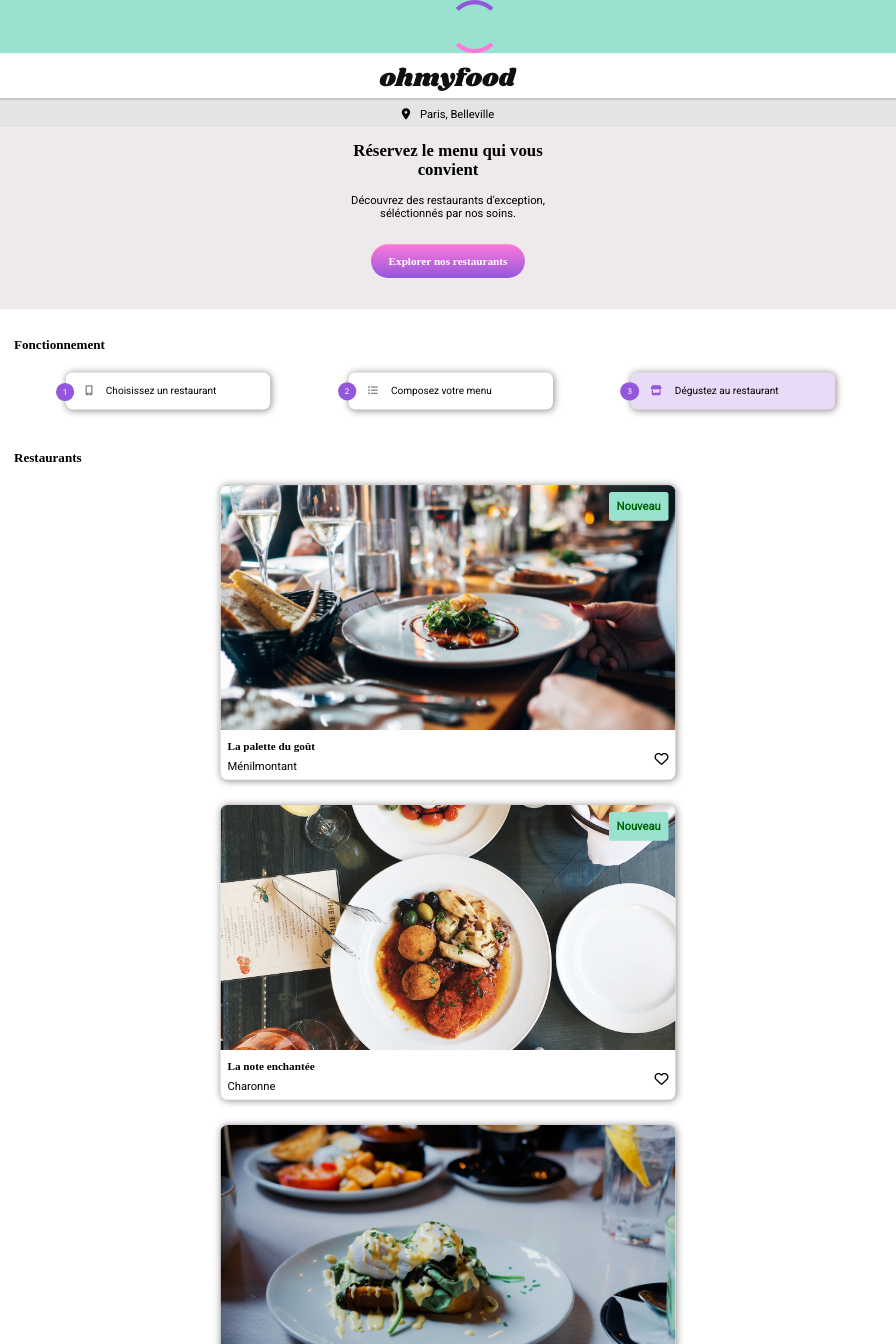
Repository: Micka-17/boimickael_3_16042021
Page: index.html
The author's editor kept a copy of each file at every save. The page is drawn from the files as they stood at one save, then again after the next save.
The browser window is 1280 px wide. The pictures show the part of the page from y = 0 to 1920 px (the page is 2694 px tall before and 2618 px after), at 70% of full size.
Some web fonts or font styles are not loaded; a fallback is used. Some web libraries are served in a nearby version. The style sheet was rebuilt from its Sass, Less or Tailwind sources for each picture, by a compiler version that may differ from the author's.

Above is the page before, as saved 2021-05-26 10:51:42.

### index.html
<!DOCTYPE html>
<html lang="en">
  <head>
    <meta charset="UTF-8" />
    <meta http-equiv="X-UA-Compatible" content="IE=edge" />
    <meta name="viewport" content="width=device-width, initial-scale=1.0" />
    <link rel="stylesheet" href="css/style.css" />
    <script
      src="https://kit.fontawesome.com/7f2b024bdc.js"
      crossorigin="anonymous"
    ></script>
    <title>OhMyFood</title>
  </head>
  <body>
    <div id="backgroundloader">
      <div id="loader"></div>
    </div>
    <header>
      <div id="logo">
        <img src="images/logo/ohmyfood@2x.svg" alt="OhMyFood" />
      </div>
    </header>
    <section id="sec-1">
      <div id="top">
        <div id="paris">
          <p><i class="fas fa-map-marker-alt icon"></i> Paris, Belleville</p>
        </div>
        <div id="reservation">
          <h2 id="center-top1">Réservez le menu qui vous convient</h2>
          <p id="center-top2">
            Découvrez des restaurants d'exception, séléctionnés par nos soins.
          </p>
          <a id="btn" href="#sec-3">Explorer nos restaurants</a>
        </div>
      </div>
    </section>
    <section id="sec-2">
      <div class="fonctionnement">
        <h3 class="h3s">Fonctionnement</h3>
        <ul class="bolder">
          <li>
            <i class="fas fa-mobile-alt icon-top"></i> Choisissez un restaurant
            <p id="number1">1</p>
          </li>
          <li>
            <i class="fas fa-list-ul icon-top"></i> Composez votre menu
            <p id="number2">2</p>
          </li>
          <li id="li-3">
            <i class="fas fa-store icon-top-purple"></i> Dégustez au restaurant
            <p id="number3">3</p>
          </li>
        </ul>
      </div>
    </section>
    <section id="sec-3">
      <h3 class="h3s">Restaurants</h3>
      <div class="choice">
        <a href="pages/la_palette_du_gout.html">
          <div class="card">
            <p class="nouveau">Nouveau</p>
            <img
              id="new"
              class="imga"
              src="images/restaurants/la_palette_du_gout.jpg"
              alt="la_palette_du_gout"
            />
            <div class="resto">
              <div>
                <h4>La palette du goût</h4>
                <p class="space">Ménilmontant</p>
              </div>
              <div class="loveclcik">
                <i class="far fa-heart love fa-lg"></i>
                <i class="fas fa-heart loves3"></i>
              </div>
            </div>
          </div>
        </a>
        <a href="pages/la_note_enchantee.html">
          <div class="card">
            <p class="nouveau">Nouveau</p>
            <img
              class="imga"
              src="images/restaurants/la_note_enchantee.jpg"
              alt="la_note_enchantee"
            />
            <div class="resto">
              <div>
                <h4>La note enchantée</h4>
                <p class="space">Charonne</p>
              </div>
              <div class="loveclcik">
                <i class="far fa-heart love fa-lg"></i>
                <i class="fas fa-heart loves3"></i>
              </div>
            </div>
          </div>
        </a>
        <a href="pages/a_la_francaise.html">
          <div class="card">
            <img
              class="imga"
              src="images/restaurants/a_la_française.jpg"
              alt="a_la_française"
            />
            <div class="resto">
              <div>
                <h4>A la française</h4>
                <p class="space">Cité Rouge</p>
              </div>
              <div class="loveclcik">
                <i class="far fa-heart love fa-lg"></i>
                <i class="fas fa-heart loves3"></i>
              </div>
            </div>
          </div>
        </a>
        <a href="pages/le_delice_des_sens.html">
          <div class="card">
            <img
              class="imga"
              src="images/restaurants/le_delice_des_sens.jpg"
              alt="le_delice_des_sens"
            />
            <div class="resto">
              <div>
                <h4>Le delice des sens</h4>
                <p class="space">Folie-Méricourt</p>
              </div>
              <div class="loveclcik">
                <i class="far fa-heart love fa-lg"></i>
                <i class="fas fa-heart loves3"></i>
              </div>
            </div>
          </div>
        </a>
      </div>
    </section>
    <section class="end">
      <footer>
        <div>
          <h3 id="logo-white">ohmyfood</h3>
          <div class="end-ul">
            <p>
              <i class="fas fa-utensils icon-footer"></i> Proposer un restaurant
            </p>
            <p>
              <i class="fas fa-hands-helping icon-footer"></i> Devenir
              partenaire
            </p>
            <p>Mentions légales</p>
            <a id="contact" href="mailto:contact@ohmyfood.com"
              ><p>Contact</p></a
            >
          </div>
        </div>
      </footer>
    </section>
  </body>
</html>

### sass/style.scss
@import "./directories/Utils/variables-mixin";
@import "./directories/Base/main.scss";



ul {
    font-family: 'Roboto', sans-serif;
    font-size: 0.9em;
    @media (min-width: 430px) {
        max-width: 450px;
    }
        @media (min-width: 1000px) {
            display: flex;
            min-width: 100%;
            justify-content: space-evenly;
        }
}

#backgroundloader {
    position: relative;
    top: 0;
    left: 0;
    background-color: $color3;
    width: 100%;
    height: 100%;
    animation: loader2 33s;
    animation-fill-mode: both;
    animation-timing-function: step-end;
  }
#loader {
    position: relative;
    top: 50%;
    left: 50%;
    width: 64px;
    height: 64px;
    border-radius: 50%;
    border: 6px solid rgb(255, 255, 255);
    border-color: $color1 transparent $color2 transparent;
    animation: dual-ring 0.8s infinite, loader 3s;
    animation-delay: 0.2s;
    animation-fill-mode: both;
  }

#contact {
    color: white;
}

.spacediv p {
    font-family: 'Roboto', sans-serif;
    text-overflow: ellipsis;
    overflow: hidden;
    white-space: nowrap;
}

#logo {
    display: flex;
    justify-content: center;
    margin-top: 20px;
    margin-bottom: 10px;
}

#paris {
    display: flex;
    justify-content: center;
    border-top: solid 3px rgba(128, 128, 128, 0.301);
    min-width: 321px;
    padding-top: 10px;
    padding-bottom: 10px;
    background-color: rgba(128, 128, 128, 0.212);
        .icon {
            margin-right: 10px;
        }
}

#reservation {
    display: flex;
    justify-content: center;
    flex-direction: column;
    place-items: center;
    background-color: rgb(238, 234, 234);
    padding-bottom: 45px;
        #btn {
            @include btn();
                &:hover {
                    filter: brightness(1.50);
                    box-shadow: 0px 0px 10px 15px gray;
                }
        }
}

#center-top1 {
    text-align: center;
    margin-top: 20px;
    max-width: 350px;
}

#center-top2 {
    margin-top: 20px;
    margin-bottom: 20px;
    text-align: center;
    max-width: 350px;
}


.icon-top {
    color: gray;
    margin-right: 15px;
    margin-left: 10px;
}

.icon-top-purple {
    color: $color1;
    margin-right: 15px;
    margin-left: 10px;
}

#li-3 {
    background-color: #9256dc36;
}

li { position: relative;
    background-color: #ffffff;
    border-radius: 10px;
    padding: 18px;
    margin: 18px;
    margin-left: 25px;
    box-shadow: 1px 1px 10px 1px rgb(151, 145, 145);
    min-width: 20%;
        #number1 {
            position: absolute;
            top: 15px;
            left: -14px;
            background-color: $color1;
            border-radius: 50px;
            padding: 6px 10px;
            font-size: 0.8em;
            color: white;
        }
            #number2 {
                position: absolute;
                top: 14px;
                left: -15px;
                background-color: $color1;
                border-radius: 50px;
                padding: 6px 10px;
                font-size: 0.8em;
                color: white;
            }
                #number3 {
                    position: absolute;
                    top: 14px;
                    left: -15px;
                    background-color: $color1;
                    border-radius: 50px;
                    padding: 6px 10px;
                    font-size: 0.8em;
                    color: white;
                }
}
.space {
    margin-top: 10px;
    margin-bottom: 10px;
}
.card {
    background-color: #ffffff;
    border-radius: 10px;
    padding: 0px;
    margin: 18px;
    box-shadow: 1px 1px 10px 1px rgb(151, 145, 145);
    max-width: 100%;
}
.imga {
    object-fit: cover;
    border-radius: 10px 10px 0px 0px;
    width: 650px;
    height: 350px;
        @media (max-width:900px) {
            max-width: 100%;
        }
            @media (max-width:500px) {
                max-width: 100%;
                height: 240px;
            }
                @media (max-width:380px) {
                    height: 220px;
                }
}
.card {
    position: relative;
}
.nouveau {
    position: absolute;
    padding: 0.7rem;
    border-radius: 0.25rem;
    color: darkgreen;
    font-weight: bold;
    right: 10px;
    top: 10px;
    background-color: #99e2d0;
}

.h3s {
    margin: 40px 0px 10px 20px;

}

.choice {
    display: flex;
    flex-direction: column;
    place-items: center;
    flex-wrap: wrap;
        .resto {
            display: flex;
            justify-content: space-between;
            align-items: center;
            margin: 10px;
        }
            @media (min-width: 630px) {
                flex-wrap: wrap;
                flex-direction: row;
                justify-content: center;
            }
                @media (min-width: 1350px) {
                    display: grid;
                    grid-template-rows: 50% 50%;
                    grid-template-columns: 50% 50%;
                }
}


footer {
    margin-top: 30px;
    padding: 10px;
    background-color: rgb(54, 54, 54);
    color: white;
        #logo-white {
            font-family: 'Shrikhand', cursive;
            font-weight: 300;
            margin-bottom: 15px;
            margin-left: 20px;
            margin-top: 10px;
        }
            li {
                background-color: transparent;
                border-radius: 0;
                padding: 5px;
                margin-left: 20px;
                box-shadow: none;
                display: flex;
                margin-top: 5px;
                margin-bottom: 5px;
            }
                .icon-footer {
                    max-width: 2px;
                    max-height: 2px;
                    margin-right: 25px;
                }
                    @media (min-width:1000px) {
                        padding: 40px;
                    }
}


//pages 2

.img-top {
    min-width: 100%;
    max-height: 510px;
}

.arrow {
    position: absolute;
    left: 20px;
    top: 30px;
    color: rgba(0, 0, 0, 0.801);
}
#margtitle {
    margin-left: 15px;
    max-width: 220px;
}
img {
    object-fit: cover;
}
.titlemargall {
    margin-top: 30px;
    margin-left: 15px;
    border-bottom: solid rgba(55, 224, 55, 0.541);
    max-width: 30px;
}
#middle {
    position: absolute;
    top: 240px;
    min-width: 100%;
    min-height: 980px;
    background-color: rgb(231, 229, 229);
    border-radius: 20px 20px 0px 0;
    padding-top: 30px;
     .entrees {
        @include centre();
        @include capsule();
     }
        .bold {
            font-weight: bold;
            font-size: 1em;
        }
        .bolder {
            font-weight: bold;
            font-size: 0.6m;
                @media (min-width: 1000px) {
                    margin: 15px;
                }
        }
            p {
                font-size: 0.7em;
            }
                .loves1 {
                    position: absolute;
                    right: 15px;
                    color: gray
                }
}

.loves2 {
    display: none;
    opacity: 0;
    background: linear-gradient(0deg,#9356dc,#ff79da);
    background-clip: text;
    -webkit-background-clip: text;
    -moz-background-clip: text;
    -webkit-text-fill-color: transparent;
    position: absolute;
    right: 15px;
}
#margtitle:hover .loves2 {
    animation: fadeout;
    opacity: 1;
    animation-duration: .5s;
    display: inline-block;
    justify-content: center;
}

.loves3 {
    display: none;
    opacity: 0;
    background: linear-gradient(0deg,#9356dc,#ff79da);
    background-clip: text;
    -webkit-background-clip: text;
    -moz-background-clip: text;
    -webkit-text-fill-color: transparent;
    position: absolute;
    right: 9px;
    bottom: 18px;
}
.loveclcik:hover .loves3 {
    animation: fadeout2;
    opacity: 1;
    animation-duration: .5s;
    display: inline-block;
    justify-content: center;
    font-size: 1.5em;
}

#entrees {
    animation: slideup 1s;
    animation-duration: 1s;
}
#plats {
    animation: slideup 1s;
    animation-duration: 5s;
}
#desserts {
    animation: slideup 1s;
    animation-duration: 8s;
}


.entrees, .plats, .desserts {
    cursor: pointer;
        @media (max-width:321px) {
            width: 300px;
        }
        @media (max-width:378px) {
            max-width: 100%;
        }
        @media (max-width:414px) {
            max-width: 100%;
        }
        @media (min-width: 1000px) {
            min-height: 90px;
            width: 100%;
        }
}

.spacediv {
    width: 100%;
    overflow: hidden;
    @include spacediv();
        @media (min-width: 1000px) {
            justify-content: space-evenly;
        }
}
.plats {
    @include capsule();
    @include centre();
}
.desserts {
    @include capsule();
    @include centre();
}

.responsive {
    @media (min-width: 1000px) {
        display: flex;
        justify-content: center;
    }
}

.responsive-entrees {
    @media (min-width: 1000px) {
        display: flex;
        justify-content: center;
    }
}

#btnp2 {
    @include btn();
    margin-top: 40px;
        &:hover {
            filter: brightness(1.50);
            box-shadow: 0px 0px 10px 15px gray;
        }
         @media (min-width: 1000px) {
            margin-top: 150px;
         }
}

#placement-btn {
    display: flex;
    justify-content: center;
    place-items: center;
}

.end1 {
    position: absolute;
    top: 1151px;
    min-width: 100%;
}

.end {
    position: absolute;
    min-width: 100%;
}

.end-ul {
        @media (min-width: 430px) {
        max-width: 450px;
    }
        @media (min-width: 1000px) {
            display: flex;
            min-width: 100%;
            flex-direction: row;
            justify-content: space-evenly;
        }
}

.end-ul p {
    margin: 8px;
    margin-left: 20px;
}

//page la note enchantee

 .align-price{
    display: flex;
    align-items: flex-end;
    margin-bottom: 8px;
    margin-right: 8px;
}

.check {
    width: 0px;
    transition-duration: 1s;
    font-size: 1.5em;
     & i {
        display: none;
        place-items: center;
        color: white;
     }
}

.entrees:hover .check {
    width: 90px;
    height: 51px;
    background-color: $color3;
    display: flex;
    justify-content: center;
    border-radius: 0 20% 20% 0;
        @media (max-width: 1000px) {
            width: 65px;
        }
            & .rotation {
                display: flex;
                place-items: center;
            }
                & .rond {
                    display: flex;
                    place-items: center;
                    transform-origin: center;
                    animation: spin;
                    animation-duration: 1s;
                }
                    @media (min-width: 1000px) {
                        height: 90px;
                        border-radius: 0 10% 10% 0;
                    }
}


.plats:hover .check {
    width: 90px;
    height: 51px;
    background-color: $color3;
    display: flex;
    justify-content: center;
    border-radius: 0 20% 20% 0;
        @media (max-width: 1000px) {
            width: 65px;
        }
            & .rotation {
                display: flex;
                place-items: center;
            }
                & .rond {
                    display: flex;
                    place-items: center;
                    transform-origin: center;
                    animation: spin;
                    animation-duration: 1s;
                }
                    @media (min-width: 1000px) {
                        height: 90px;
                        border-radius: 0 10% 10% 0;
                    }
}

.desserts:hover .check {
    width: 90px;
    height: 51px;
    background-color: $color3;
    display: flex;
    justify-content: center;
    border-radius: 0 20% 20% 0;
        @media (max-width: 1000px) {
            width: 65px;
        }
            & .rotation {
                display: flex;
                place-items: center;
            }
                & .rond {
                    display: flex;
                    place-items: center;
                    transform-origin: center;
                    animation: spin;
                    animation-duration: 1s;
                }
                    @media (min-width: 1000px) {
                        height: 90px;
                        border-radius: 0 10% 10% 0;
                    }
}

### sass/directories/Base/main.scss
@import url('https://fonts.googleapis.com/css2?family=Roboto&family=Shrikhand&display=swap');

* {
    margin: 0;
    padding: 0;
    text-decoration: none;
    list-style-type: none;
}
#margtitle {
    font-family: Shrikhand;
    font-weight: 100;
    font-size: 1.2em;
}
p {
    font-family: 'Roboto', sans-serif;
}
a {
    text-decoration: none;
    list-style: none;
    color: rgb(0, 0, 0);
}

Loaded but not shown: sass/directories/Utils/_variables-mixin.scss (128 lines, source omitted)

After the next save:
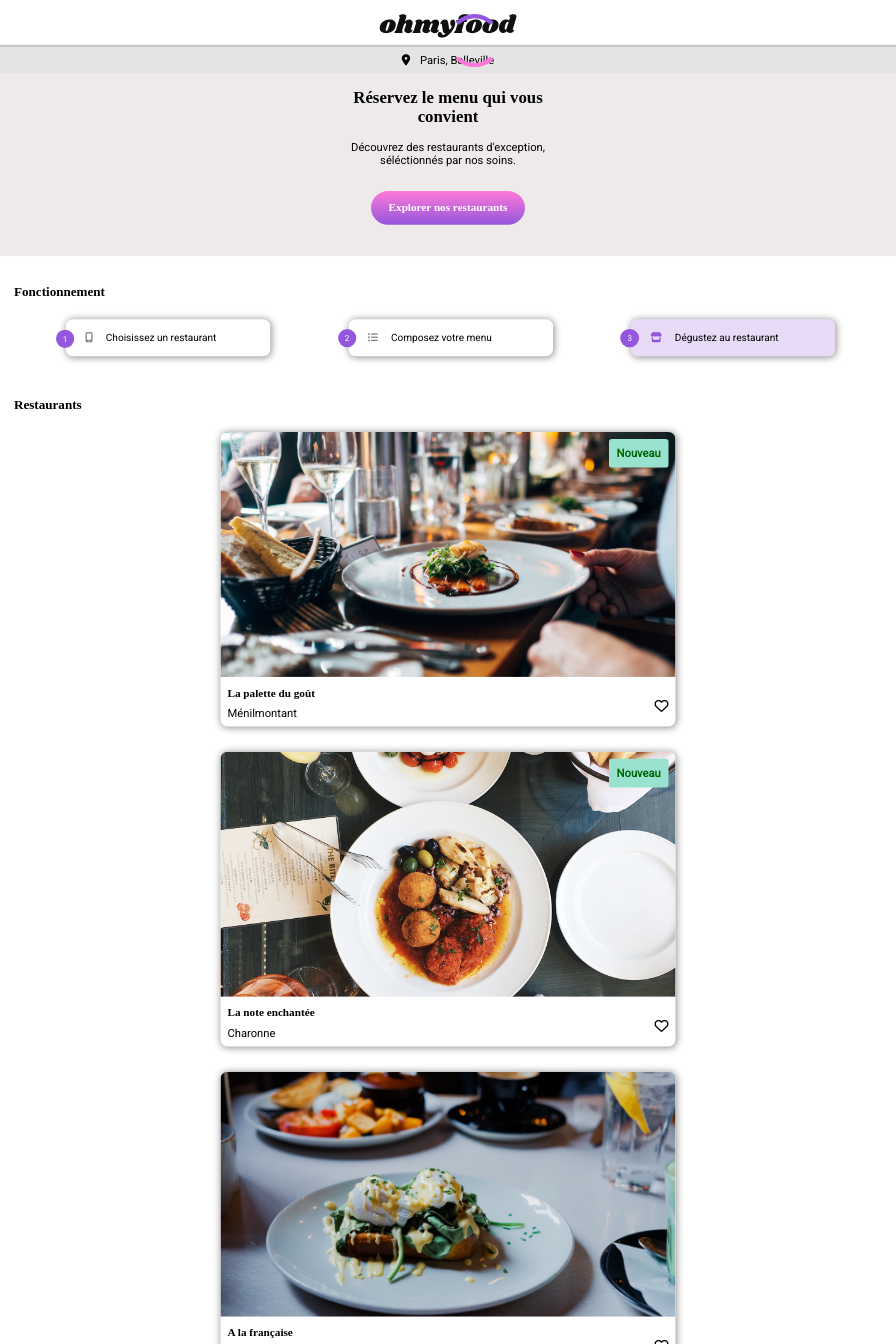
Saved 5 s later.
--- a/sass/style.scss
+++ b/sass/style.scss
@@ -28,7 +28,7 @@
     animation-timing-function: step-end;
   }
 #loader {
-    position: relative;
+    position: absolute;
     top: 50%;
     left: 50%;
     width: 64px;

After the save that followed:
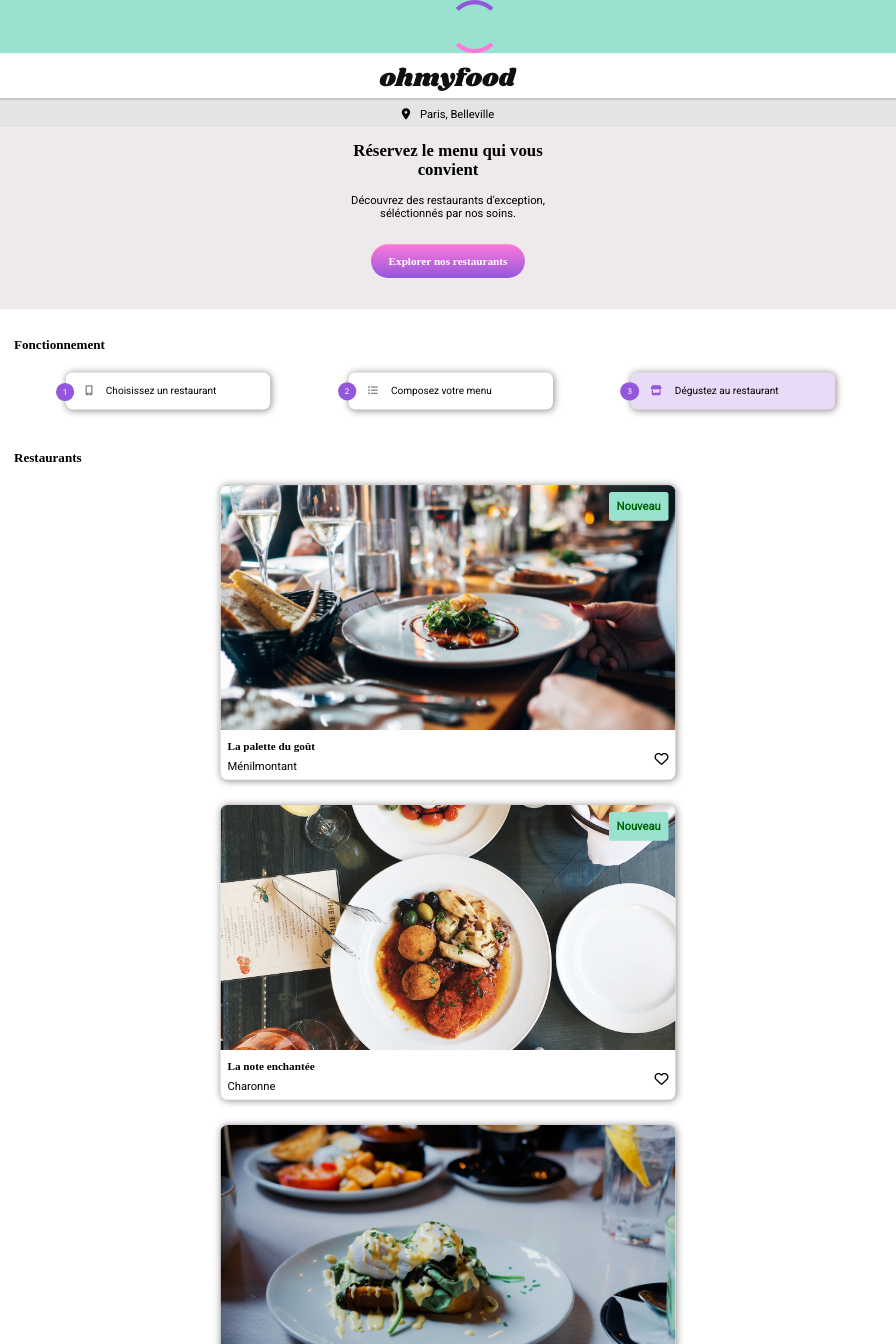
Saved 4 s later.
--- a/sass/style.scss
+++ b/sass/style.scss
@@ -28,7 +28,7 @@
     animation-timing-function: step-end;
   }
 #loader {
-    position: absolute;
+    position: relative;
     top: 50%;
     left: 50%;
     width: 64px;
